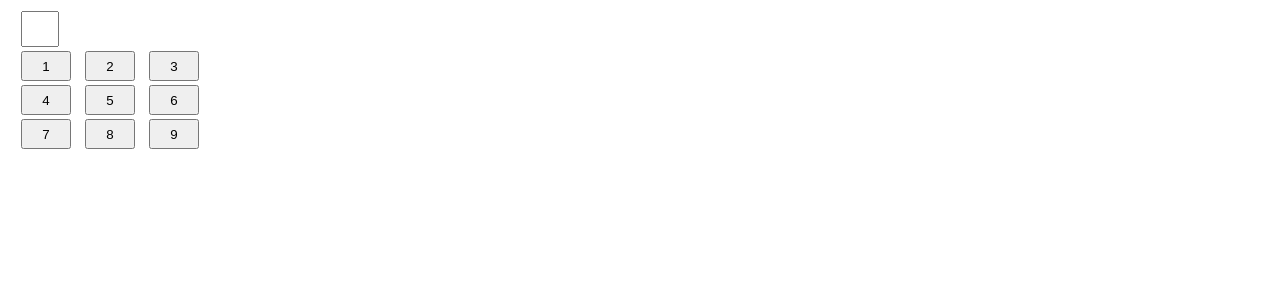
Repository: JungYOsup/Mini_project
Page: http://localhost/EsCape_Room/result_form.jsp
An editor plug-in stored every save of this project. The page is shown before and after the next save, followed by the edit.
The browser window is 1280 px wide. The pictures show the whole page.
The page is served by Tomcat 9.

Above is the page before, as saved 2018-01-15 08:53:55.

After the next save:
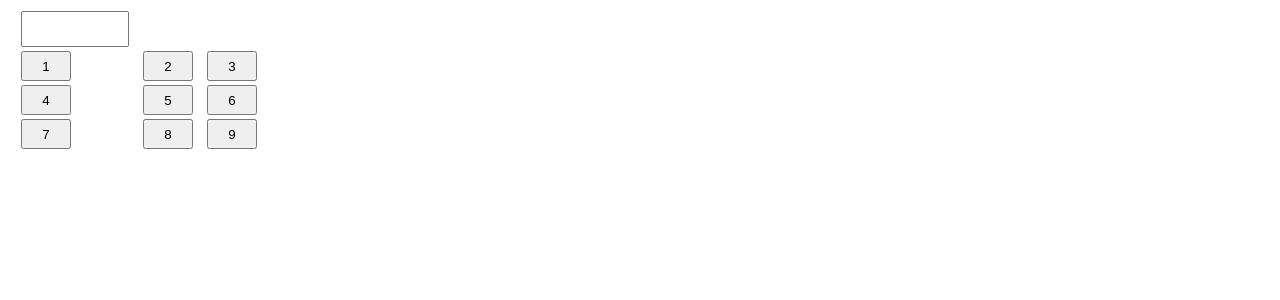
Saved 8 s later.
--- a/EsCape_Room/WebContent/result_form.jsp
+++ b/EsCape_Room/WebContent/result_form.jsp
@@ -18,7 +18,7 @@
 <style type="text/css">
 
 .a{
-	width: 30px;
+	width: 100px;
 }
 
 table input{
